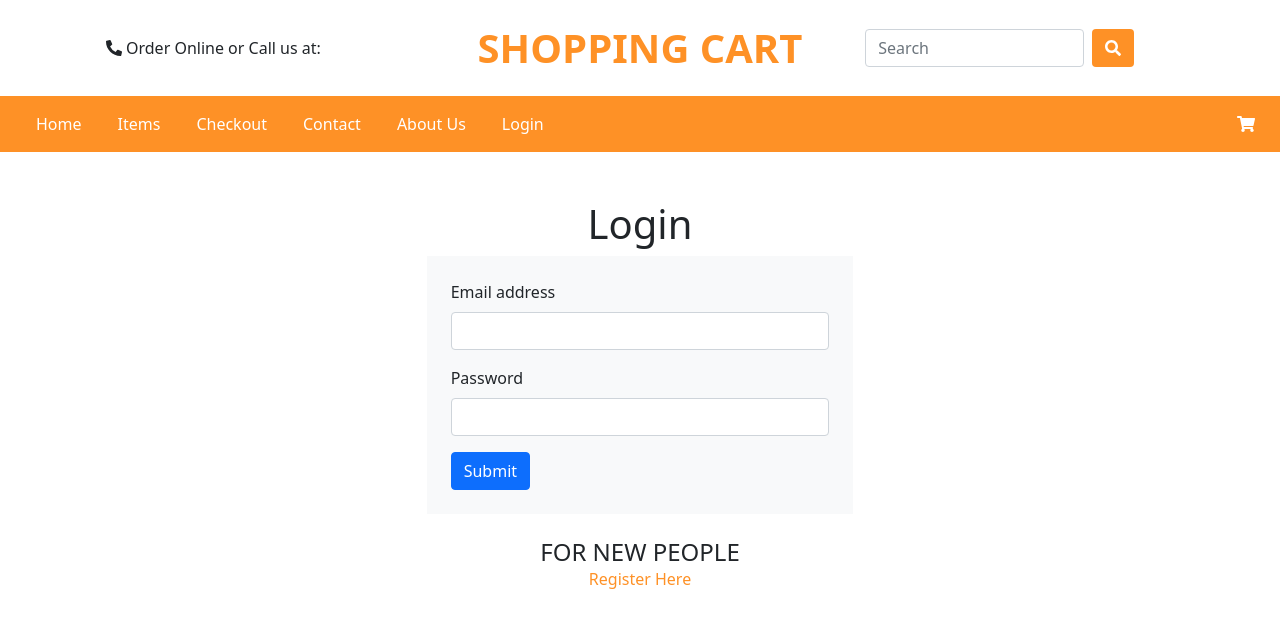
Repository: SaudCh/React-Ecommerce
Page: /login
An editor plug-in stored every save of this project. The page is shown before and after the next save, followed by the edit.
The browser window is 1280 px wide. The pictures show the whole page.
The project was rebuilt for these pictures with package versions that can differ from the ones it lists, and the page was loaded fresh each time. Also part of the build but not shown: src/App.css, src/Home/Carousel.jsx, src/Home/home.jsx.

Above is the page before, as saved 2021-12-05 19:20:25.

### src/App.js
import "./App.css";
import Header from "./Header/Header";
import "../node_modules/bootstrap/dist/css/bootstrap.min.css";
import "../node_modules/bootstrap/dist/js/bootstrap.bundle.min";
import Home from "./Home/home.jsx";
import { BrowserRouter, Switch, Route } from "react-router-dom";
import Login from "./Login/Login";

function App() {
  return (
    <BrowserRouter>
      <Header />
      <Switch>
        <Route path="/" exact>
          <Home />
        </Route>
        <Route path="/login" exact>
          <Login />
        </Route>
      </Switch>
    </BrowserRouter>
  );
}

export default App;

### src/Header/Header.jsx
import {
  faPhoneAlt,
  faSearch,
  faShoppingCart,
} from "@fortawesome/free-solid-svg-icons";
import { FontAwesomeIcon } from "@fortawesome/react-fontawesome";
import React from "react";
import { Link } from "react-router-dom";
import "./Header.css";

export default function Header() {
  return (
    <div>
      <nav className="container-fluid  my-4">
        <div className="row align-items-center">
          <div className="col-12 col-md-4 my-2 my-lg-0 text-center ">
            <p className="m-0 p-0">
              <FontAwesomeIcon icon={faPhoneAlt} /> Order Online or Call us at:{" "}
            </p>
          </div>
          <div className="col-12 col-md-4 my-2 my-lg-0 text-center">
            <p className="m-0 fw-bold h1" style={{ color: "#fe9126" }}>
              SHOPPING CART
            </p>
          </div>
          <div className="col-12 col-md-4 my-2 my-lg-0 text-center">
            <form class="d-flex col-12 col-lg-8">
              <input
                class="form-control me-2"
                type="search"
                placeholder="Search"
                aria-label="Search"
              />
              <button
                class="btn text-white"
                style={{ backgroundColor: "#fe9126" }}
                type="submit"
              >
                <FontAwesomeIcon icon={faSearch} />
              </button>
            </form>
          </div>
        </div>
      </nav>
      <nav
        class="navbar navbar-expand-md navbar-dark"
        style={{ backgroundColor: "#fe9126" }}
      >
        <div class="container-fluid">
          <Link class="navbar-brand" href="#"></Link>

          <button
            class="navbar-toggler"
            type="button"
            data-bs-toggle="collapse"
            data-bs-target="#navbarSupportedContent"
            aria-controls="navbarSupportedContent"
            aria-expanded="false"
            aria-label="Toggle navigation"
          >
            <span class="navbar-toggler-icon"></span>
          </button>
          <div class="collapse navbar-collapse" id="navbarSupportedContent">
            <ul class="navbar-nav me-auto mb-2 mb-lg-0 nav-ul">
              <li class="nav-item">
                <Link class="nav-link  text-white" aria-current="page" to="/">
                  Home
                </Link>
              </li>
              <li class="nav-item">
                <Link class="nav-link  text-white" to="#">
                  Items
                </Link>
              </li>

              <li class="nav-item">
                <Link
                  class="nav-link text-white"
                  to="#"
                  tabindex="-1"
                  aria-disabled="true"
                >
                  Checkout
                </Link>
              </li>
              <li class="nav-item">
                <Link
                  class="nav-link text-white"
                  to="#"
                  tabindex="-1"
                  aria-disabled="true"
                >
                  Contact
                </Link>
              </li>
              <li class="nav-item">
                <Link
                  class="nav-link text-white"
                  to="#"
                  tabindex="-1"
                  aria-disabled="true"
                >
                  About Us
                </Link>
              </li>
              <li class="nav-item">
                <Link
                  class="nav-link text-white"
                  to="/login"
                  tabindex="-1"
                  aria-disabled="true"
                >
                  Login
                </Link>
              </li>
            </ul>
            <button className="btn text-white">
              <FontAwesomeIcon icon={faShoppingCart} />
            </button>
          </div>
        </div>
      </nav>
    </div>
  );
}

### src/Login/Login.jsx
import React from "react";
import { Link } from "react-router-dom";

export default function Login() {
  return (
    <div className="text-center py-5">
      <p className="p-0 m-0 h1 mb-2">Login</p>
      <form
        className="col-10 col-sm-6 col-md-4 text-start bg-light p-4"
        style={{ margin: "0px auto" }}
      >
        <div class="mb-3">
          <label for="exampleInputEmail1" class="form-label">
            Email address
          </label>
          <input type="email" class="form-control" id="exampleInputEmail1" />
        </div>
        <div class="mb-3">
          <label for="exampleInputPassword1" class="form-label">
            Password
          </label>
          <input
            type="password"
            class="form-control"
            id="exampleInputPassword1"
          />
        </div>
        <button type="submit" class="btn btn-primary">
          Submit
        </button>
      </form>
      <p className="m-0 p-0 h4 mt-4">FOR NEW PEOPLE</p>
      <Link
        to="/register"
        className="m-0 p-0 h6"
        style={{ textDecoration: "none", color: "#fe9126" }}
      >
        Register Here
      </Link>
    </div>
  );
}

### src/Header/Header.css
.nav-ul li {
  margin-right: 20px;
}

Loaded but not shown: public/index.html (common file); src/index.js (common file); src/reportWebVitals.js (common file)

After the next save:
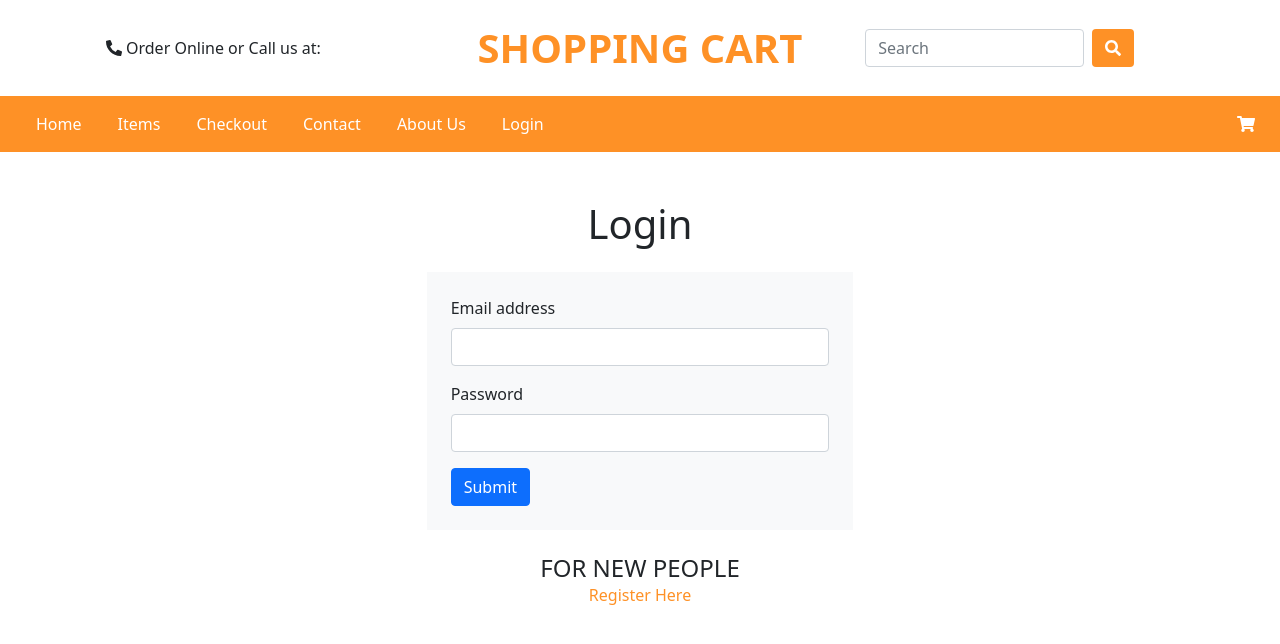
Saved 20 s later.
--- a/src/Login/Login.jsx
+++ b/src/Login/Login.jsx
@@ -4,7 +4,7 @@ import { Link } from "react-router-dom";
 export default function Login() {
   return (
     <div className="text-center py-5">
-      <p className="p-0 m-0 h1 mb-2">Login</p>
+      <p className="p-0 m-0 h1 mb-4">Login</p>
       <form
         className="col-10 col-sm-6 col-md-4 text-start bg-light p-4"
         style={{ margin: "0px auto" }}
